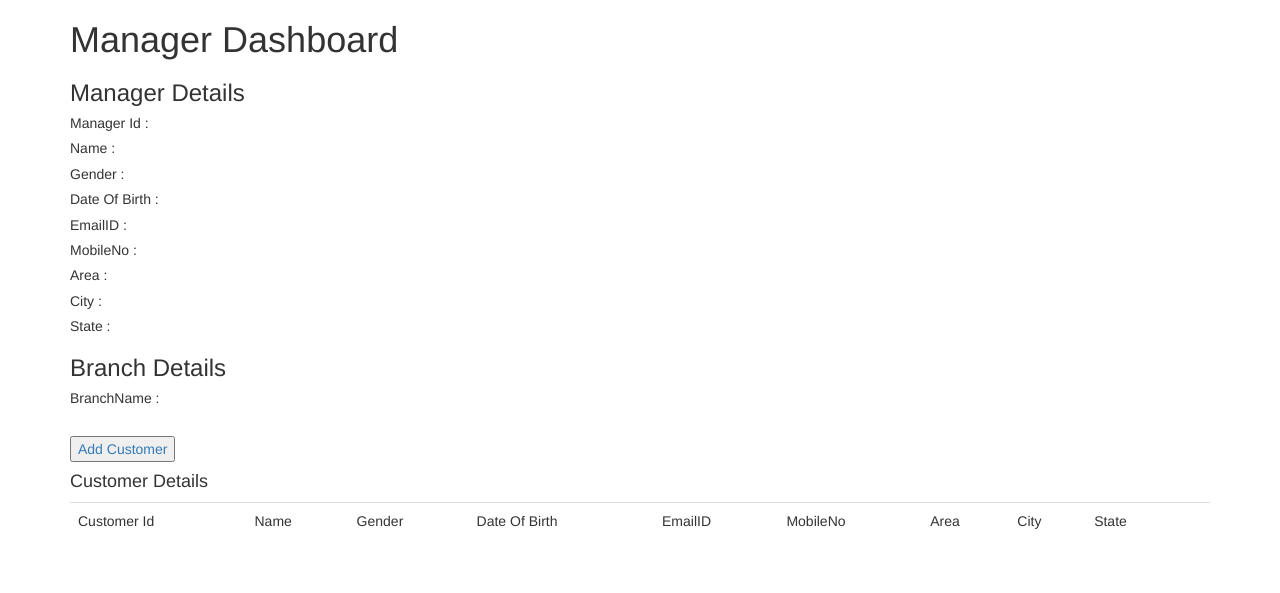
Repository: Shubham-Gawade/SpringHibernateTraining
Page: http://localhost/xorbankonline/WEB-INF/pages/managerhome.jsp
An editor plug-in stored every save of this project. The page is shown before and after the next save, followed by the edit.
The browser window is 1280 px wide. The pictures show the whole page.
The page is served by Tomcat 9. Nobody is signed in. Other server files are loaded and not shown. The template is opened directly, without the code that normally fills it, so the values that code supplies are empty.

Above is the page before, as saved 2021-10-06 13:50:52.

### xorbankonline/src/main/webapp/WEB-INF/pages/managerhome.jsp
<%@ page language="java" contentType="text/html; charset=ISO-8859-1"
    pageEncoding="ISO-8859-1"%>
<%@taglib uri="http://java.sun.com/jsp/jstl/core" prefix="c"%>
<!DOCTYPE html>
<html>
<head>
<meta charset="ISO-8859-1">
<title>Insert title here</title>
<link rel="stylesheet" href="https://maxcdn.bootstrapcdn.com/bootstrap/3.3.7/css/bootstrap.min.css">
</head>
<body class="container">
	<h1>Manager Dashboard</h1>

	<h3>Manager Details</h3>
	<h5>Manager Id : ${manager.personId}</h5>
	<h5>Name : ${manager.personName}</h5>
	<h5>Gender : ${manager.gender}</h5>
	<h5>Date Of Birth : ${manager.dateOfBirth}</h5>
	<h5>EmailID : ${manager.emailId}</h5>
	<h5>MobileNo : ${manager.mobileNo}</h5>
	<h5>Area : ${manager.address.area}</h5>
	<h5>City : ${manager.address.city}</h5>
	<h5>State : ${manager.address.state}</h5>
	<h3>Branch Details</h3>
	<h5>BranchName : ${manager.branch.branchName}</h5>

	<h5>${manager.personId}</h5>
	<h5>${manager.personName}</h5>
	<h5>${manager.gender}</h5>
	<h5>${manager.dateOfBirth}</h5>
	<h5>${manager.emailId}</h5>
	<h5>${manager.mobileNo}</h5>
	<h5>${manager.address.area}</h5>
	<h5>${manager.address.city}</h5>
	<h5>${manager.address.state}</h5>
	<br/>
	<a href="addCustomer"><button>Add Customer</button></a>
	<br/>
	<h4>Customer Details</h4>
	<table class="table">
		<tr>
			<td>Customer Id</td>
			<td>Name</td>
			<td>Gender</td>
			<td>Date Of Birth</td>
			<td>EmailID</td>
			<td>MobileNo</td>
			<td>Area</td>
			<td>City</td>
			<td>State</td>
			<td></td>
		</tr>
		<c:forEach items="${customers}" var="customer">
			<td>${customer.personId}</td>
			<td>${customer.personName}</td>
			<td>${customer.gender}</td>
			<td>${customer.dateOfBirth}</td>
			<td>${customer.emailId}</td>
			<td>${customer.mobileNo}</td>
			<td>${customer.address.area}</td>
			<td>${customer.address.city}</td>
			<td>${customer.address.state}</td>
			<td><a href="showCustomer/${customer.personId}"><button>View Details</button></a></td>
		</c:forEach>
	</table>
</body>
</html>

After the next save:
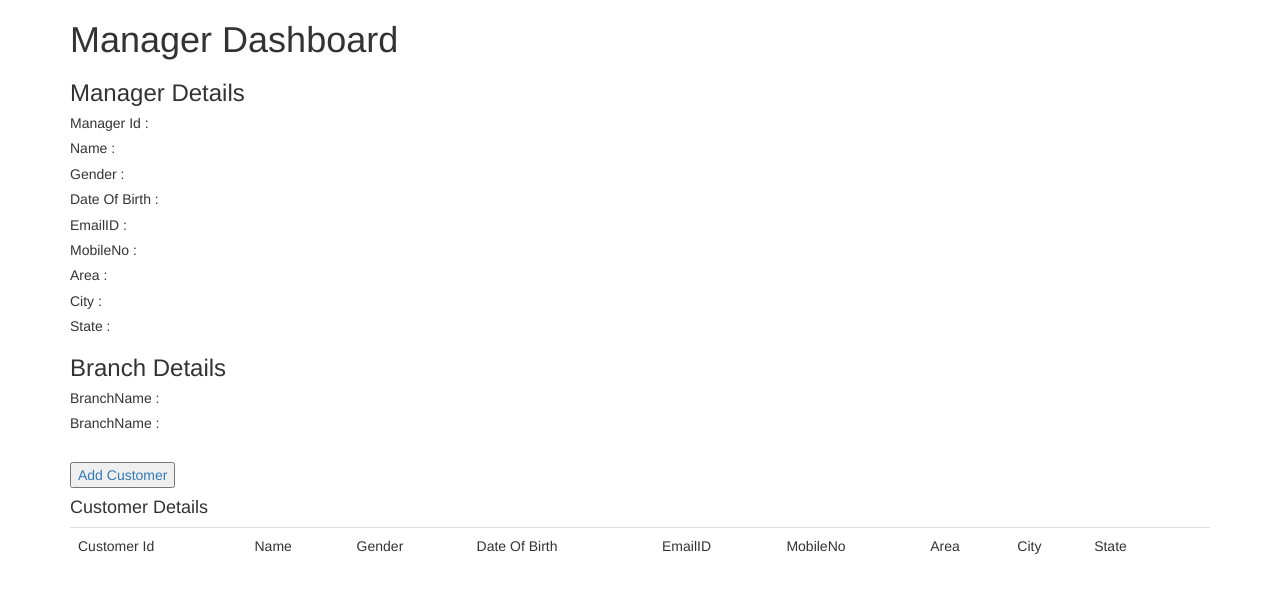
Saved 7 s later.
--- a/xorbankonline/src/main/webapp/WEB-INF/pages/managerhome.jsp
+++ b/xorbankonline/src/main/webapp/WEB-INF/pages/managerhome.jsp
@@ -22,6 +22,7 @@
 	<h5>City : ${manager.address.city}</h5>
 	<h5>State : ${manager.address.state}</h5>
 	<h3>Branch Details</h3>
+	<h5>BranchName : ${manager.branch.branchName}</h5>
 	<h5>BranchName : ${manager.branch.branchName}</h5>
 
 	<h5>${manager.personId}</h5>
